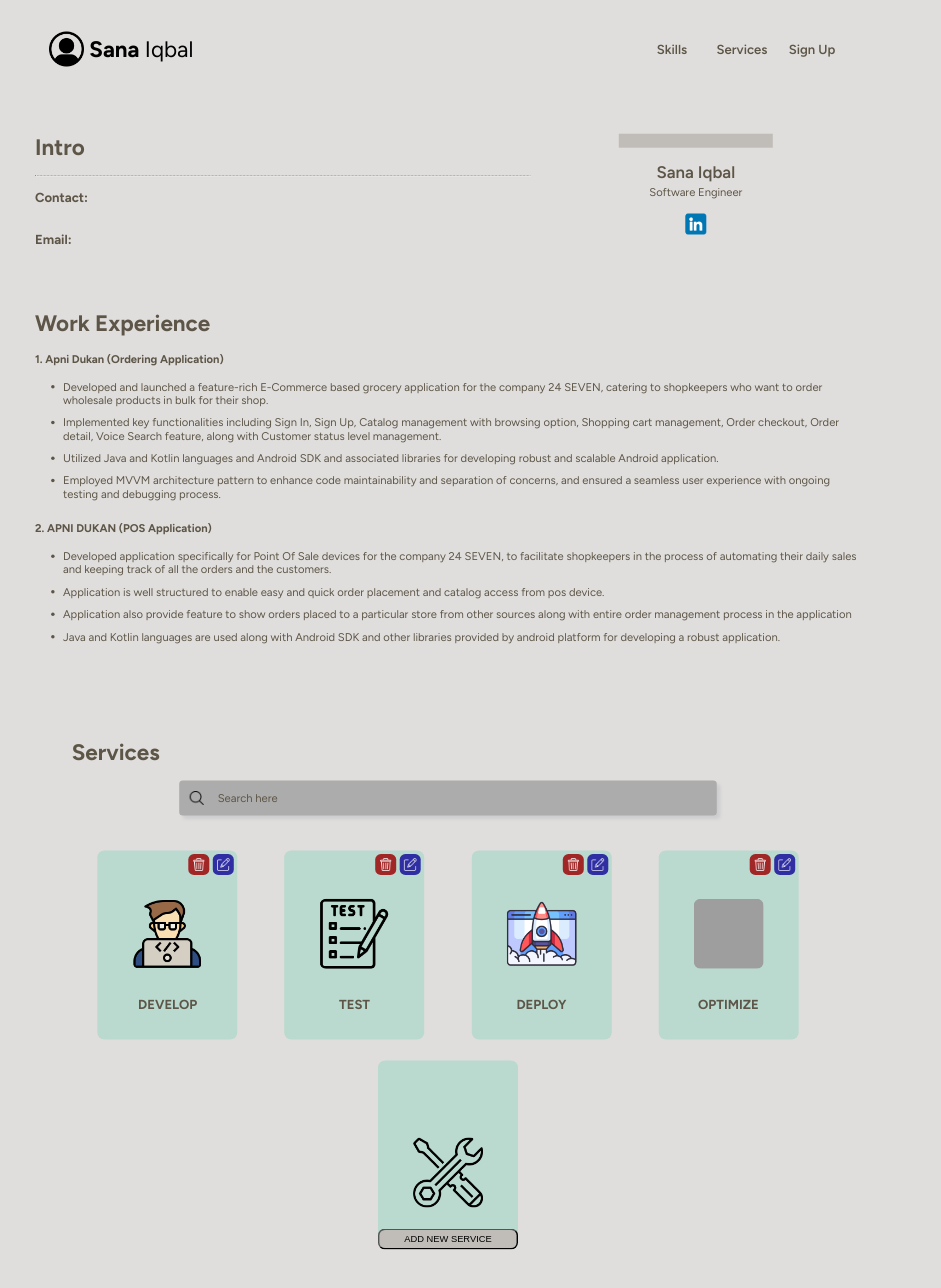
Repository: SanaIqbalDev/Portfolio
Page: portfolio.html
An editor plug-in stored every save of this project. The page is shown before and after the next save, followed by the edit.
The browser window is 1280 px wide. The page is 1344 px wide, so the pictures cover 1344 px, including what lies to the right of the window. The pictures show the part of the page from y = 0 to 1840 px (the page is 2833 px tall before and 2351 px after), at 70% of full size.
Pictures or frames that could not be fetched are drawn as grey boxes. The page's requests for data from a server got no answer.

Above is the page before, as saved 2023-08-23 16:29:59.

After the next save:
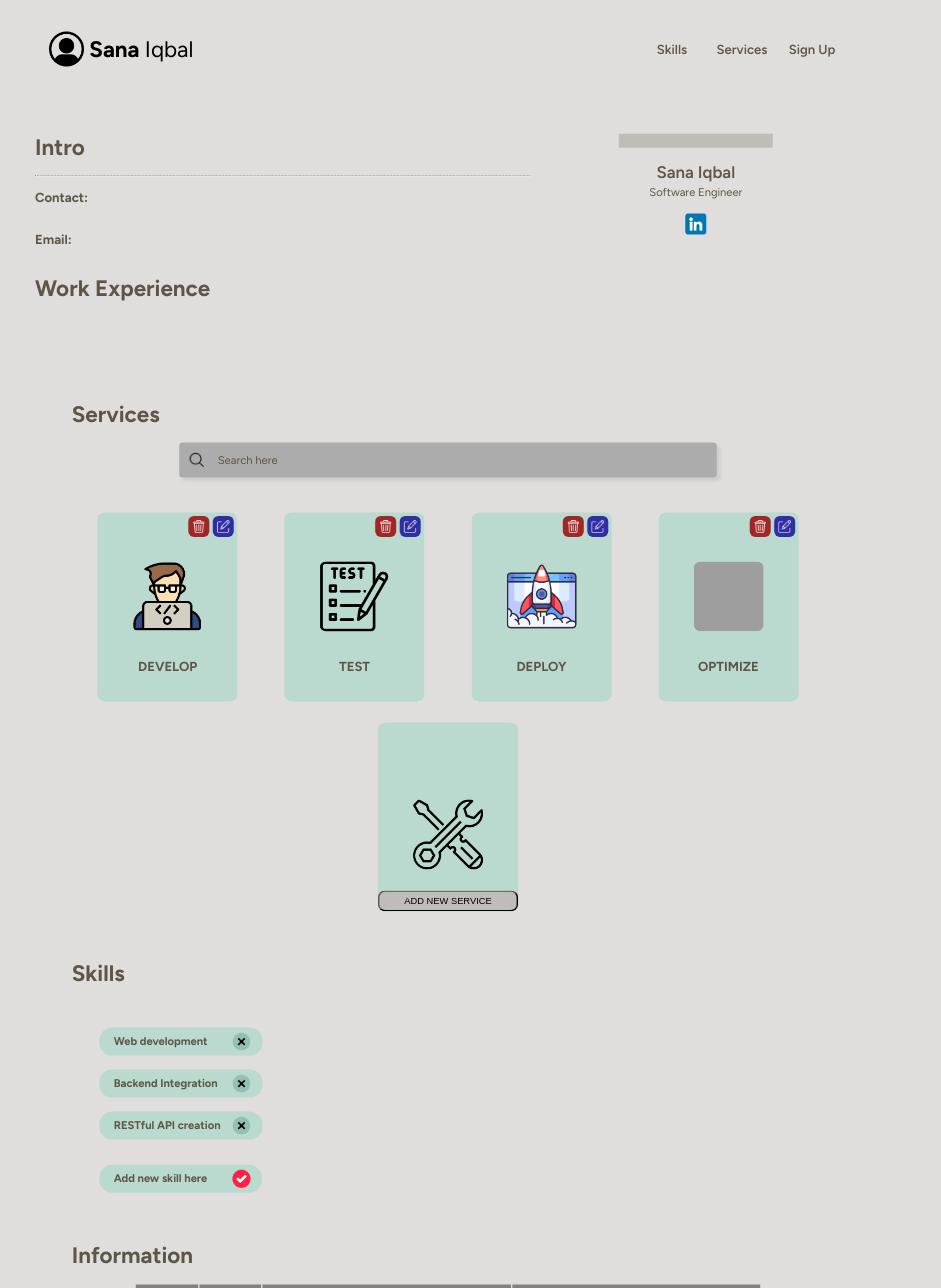
Saved 32 s later.
--- a/portfolio.html
+++ b/portfolio.html
@@ -34,7 +34,7 @@
 
   <main>
     <div class="main-content">
-      <div class="top-row"  style="width: 100%; display: grid;grid-template-columns: 60% 20%;grid-gap:10%;">
+      <div class="top-row"  style="width: 100%; display: grid;grid-template-columns: 60% 20%;grid-gap:10%;margin-bottom: -50px;">
         <div class="intro-div">
           <h1 style="margin-top: 0;">Intro</h1>
           <p id="intro-data">
@@ -65,8 +65,8 @@
         <div>
           <h1 style="margin-top: 70px;">
             Work Experience</h1>
-            <div id="wor"></div>
-          <h4>
+            <div id="workexp"></div>
+          <!-- <h4>
             1. Apni Dukan (Ordering Application)</h4>
           <ul>
             <li>
@@ -119,7 +119,7 @@
               other libraries provided by android platform for developing a
               robust application.
             </li>
-          </ul>
+          </ul> -->
         </div>
       </div>
 
